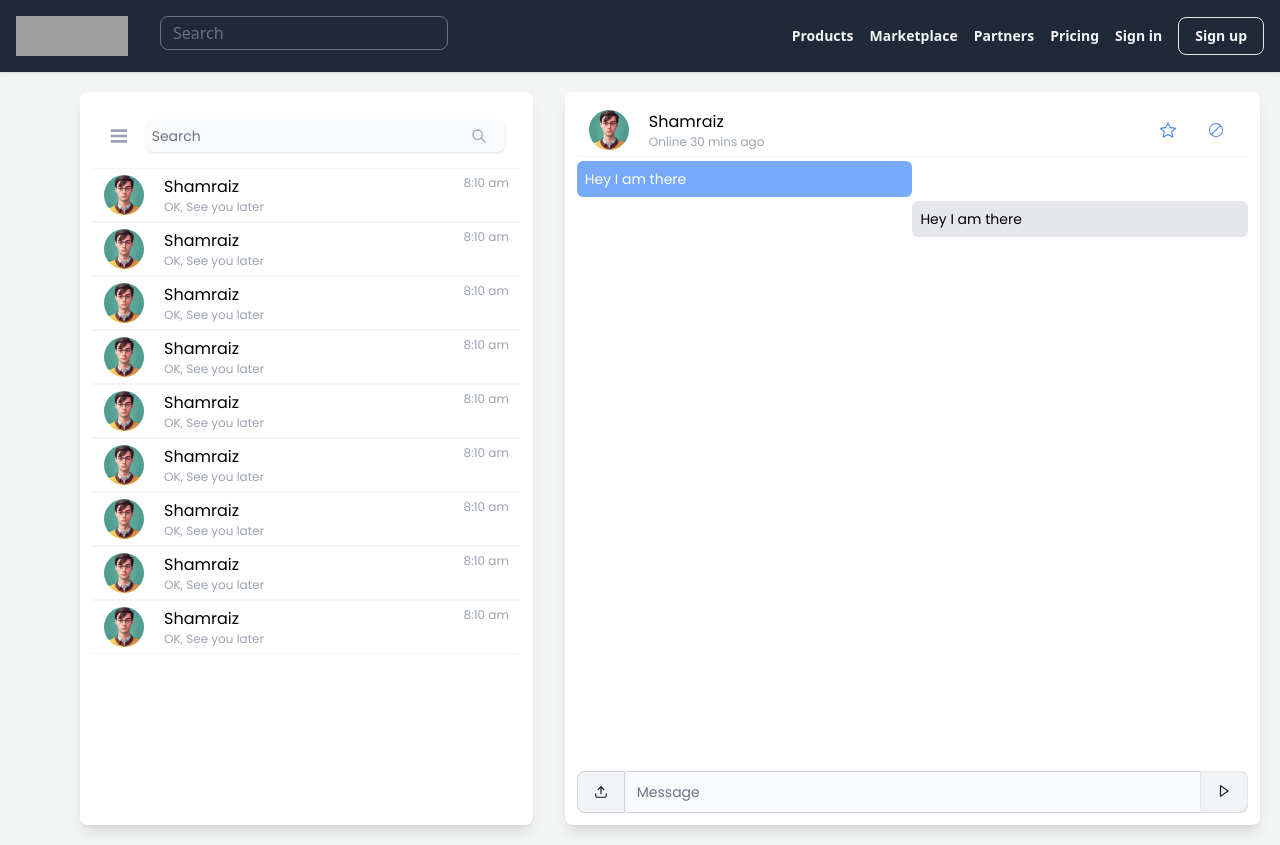
Repository: Shamraiz761/Frontend-Assessment
Page: /chat
The author's editor kept a copy of each file at every save. The page is drawn from the files as they stood at one save, then again after the next save.
The browser window is 1280 px wide. The pictures show the whole page.
Pictures or frames that could not be fetched are drawn as grey boxes. The project was rebuilt for these pictures with package versions that can differ from the ones it lists, and the page was loaded fresh each time. Also part of the build but not shown: vite.config.js, src/routes/index.css, src/routes/root.jsx, src/pages/orders/index.jsx, src/pages/submission/index.jsx, src/pages/admin/index.css, src/components/admin/card.jsx, src/components/admin/addCard.jsx and 4 more. Imported but missing from the stored project, and not drawn on this page: src/pages/auth/login, src/pages/tasks, src/routes/profileLayout.

Above is the page before, as saved 2023-07-06 13:59:29.

After the next save:
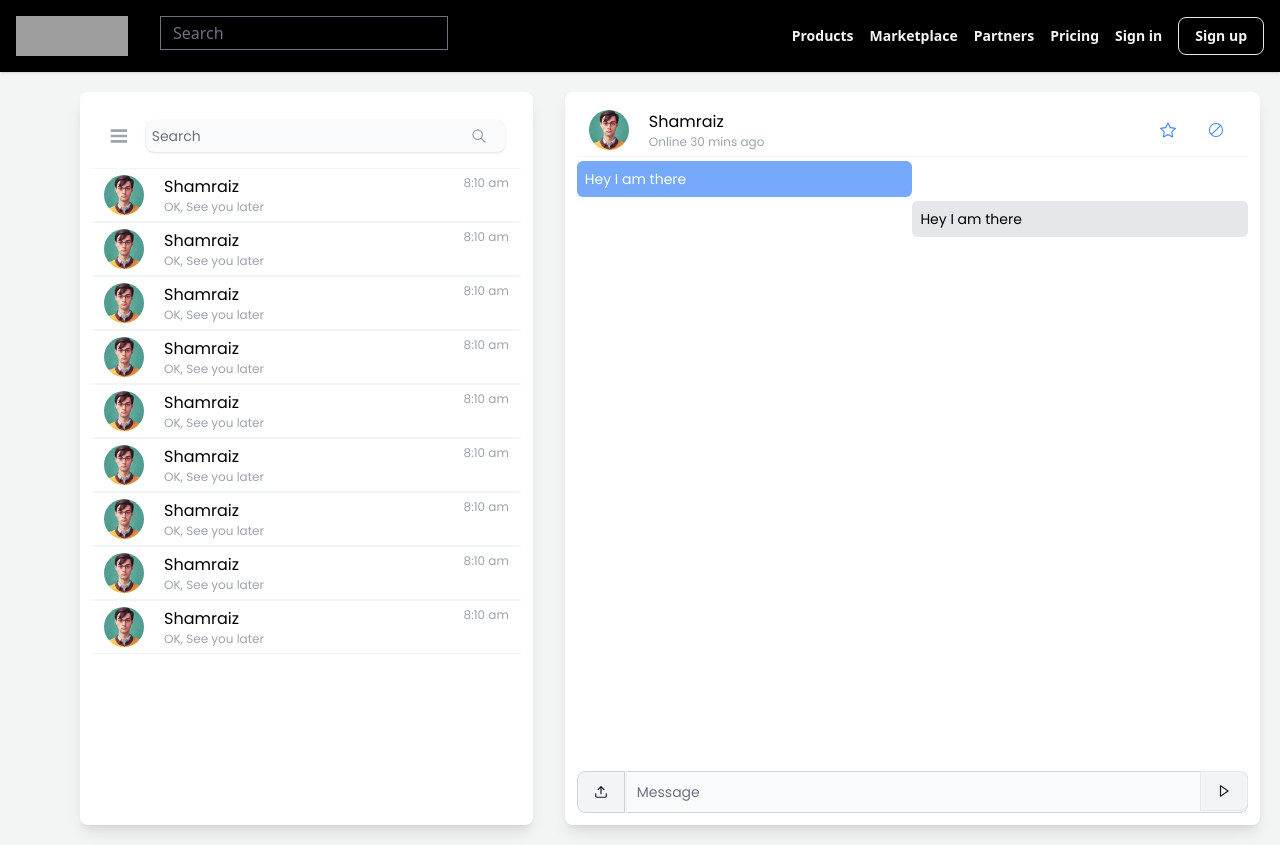
Saved 46 s later.
--- a/src/components/header/index.jsx
+++ b/src/components/header/index.jsx
@@ -14,7 +14,7 @@ function Header() {
       {/* component */}
 
       <div class="bg-gray-100 font-sans w-full  m-0">
-        <div class="bg-gray-800 text-gray-100 shadow">
+        <div class="bg-black text-gray-100 shadow">
           <div class="container mx-auto px-4">
             <div class="flex items-center justify-between py-4">
               <div className="flex flex-row justify-between">
@@ -27,7 +27,7 @@ function Header() {
                   <div className="inline-block">
                     <div className="inline-flex items-center max-w-full">
                       <input
-                        className="flex items-center bg-gray-800 text-gray-100 justify-between  flex-grow-0  relative w-72 border rounded-lg  py-1"
+                        className="flex items-center bg-black text-gray-100 justify-between  flex-grow-0  relative w-72   py-1"
                         type="search"
                         placeholder="Search"
                       />
